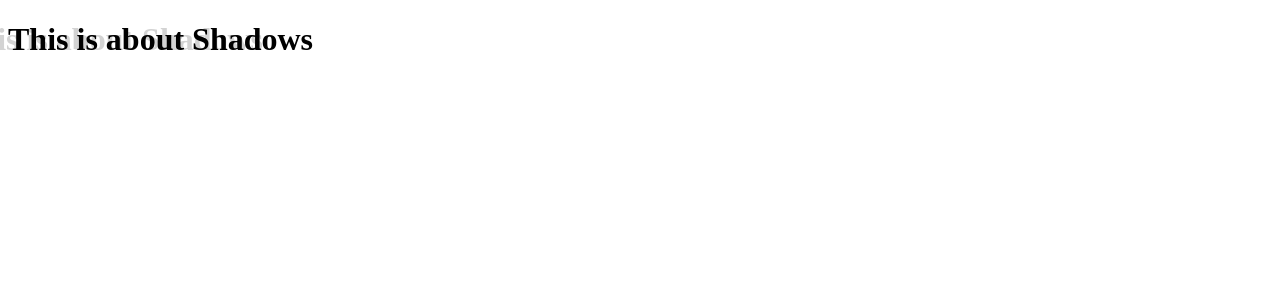
Repository: nottonofclay/csi_waymo
Page: shadows/shadows.html
These files come from the project's save history. The page is drawn as it stood at one moment and after the next save; the edit follows.
The browser window is 1280 px wide. The pictures show the whole page.

Above is the page before, as saved 2023-07-06 12:00:32.

### shadows/shadows.html
<!DOCTYPE html>
<html lang="en">
<head>
    <meta charset="UTF-8">
    <meta name="viewport" content="width=device-width, initial-scale=1.0">
    <title>Document</title>
    <link rel="stylesheet" href="shadows.css">
</head>
<body>
    <h1>This is about Shadows</h1>
</body>
</html>

### shadows/shadows.css
/* x-axis  */
h1 {
    text-shadow: -50px 0px 0px lightgrey;
}

After the next save:
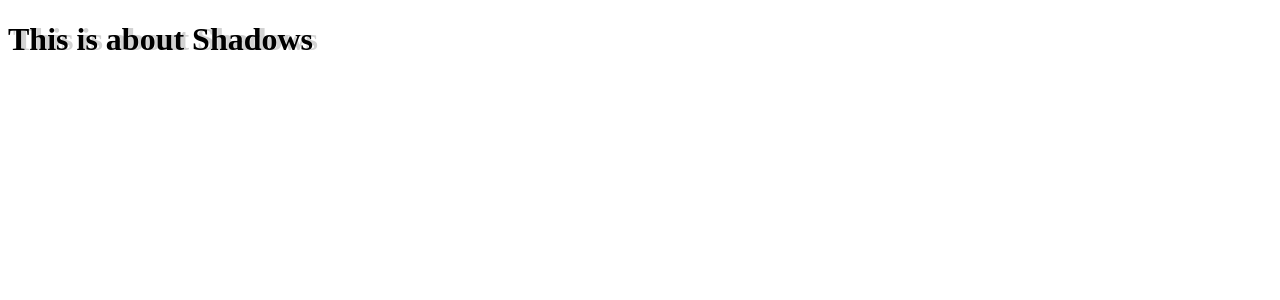
Saved 6 s later.
--- a/shadows/shadows.css
+++ b/shadows/shadows.css
@@ -1,4 +1,4 @@
 /* x-axis  */
 h1 {
-    text-shadow: -50px 0px 0px lightgrey;
+    text-shadow: 5px 0px 0px lightgrey;
 }
